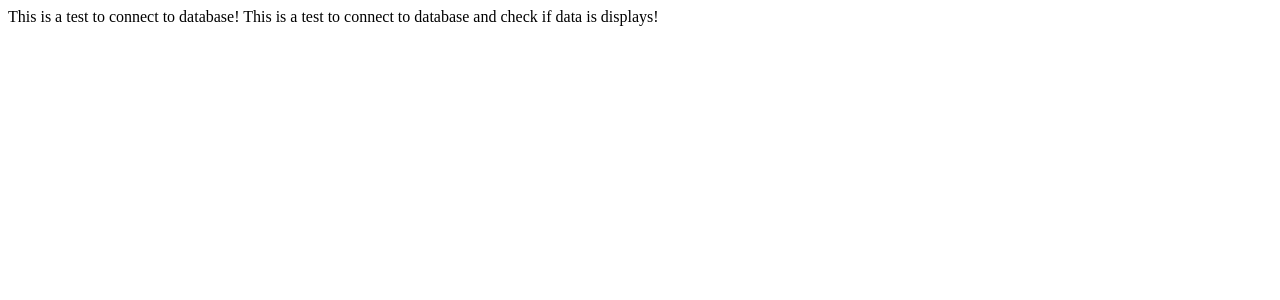
Repository: skills4testing/Spring-framework
Page: http://localhost/agateTutorial/
The author's editor kept a copy of each file at every save. The page is drawn from the files as they stood at one save, then again after the next save.
The browser window is 1280 px wide. The pictures show the whole page.
The page is served by Tomcat 9. Other server files are loaded and not shown. Queries for data that is not in the repository find no rows.

Above is the page before, as saved 2015-11-25 12:59:46.

### agateTutorial/WebContent/WEB-INF/jsps/home.jsp
<%@ page language="java" contentType="text/html; charset=ISO-8859-1"
	pageEncoding="ISO-8859-1"%>

<%@ taglib uri="http://java.sun.com/jsp/jstl/core" prefix="c"%>
<%@ taglib uri="http://java.sun.com/jsp/jstl/sql" prefix="sql"%>

<!DOCTYPE html PUBLIC "-//W3C//DTD HTML 4.01 Transitional//EN" "http://www.w3.org/TR/html4/loose.dtd">
<html>
<head>
<meta http-equiv="Content-Type" content="text/html; charset=ISO-8859-1">
<title>Insert title here</title>
</head>
<body>
	This is a test to connect to database!

	<sql:query var="rs" dataSource="jdbc/agatedb">
		select * from btc_category
	</sql:query>

<c:forEach var="row" items="${rs.rows}">
    category_id ${row.category_id}<br/>
    Image ${row.image}<br/>
</c:forEach>


 This is a test to connect to database and check if data is displays!
</body>
</html>

After the next save:
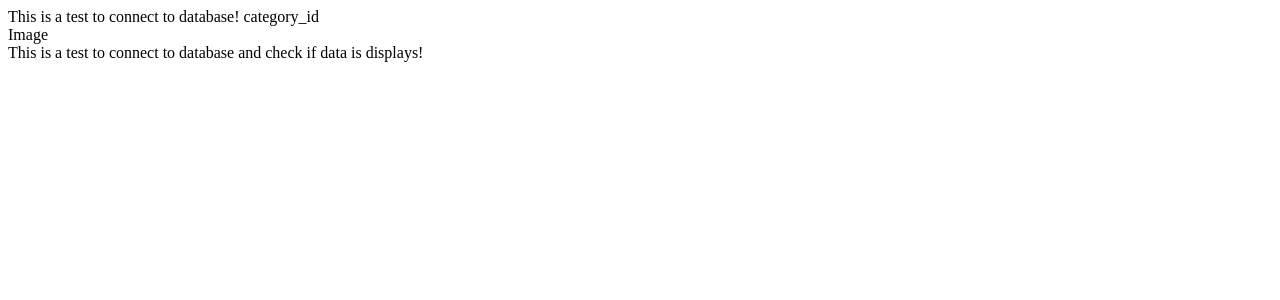
Saved 4 min 6 s later.
--- a/agateTutorial/WebContent/WEB-INF/jsps/home.jsp
+++ b/agateTutorial/WebContent/WEB-INF/jsps/home.jsp
@@ -1,7 +1,7 @@
 <%@ page language="java" contentType="text/html; charset=ISO-8859-1"
 	pageEncoding="ISO-8859-1"%>
 
-<%@ taglib uri="http://java.sun.com/jsp/jstl/core" prefix="c"%>
+
 <%@ taglib uri="http://java.sun.com/jsp/jstl/sql" prefix="sql"%>
 
 <!DOCTYPE html PUBLIC "-//W3C//DTD HTML 4.01 Transitional//EN" "http://www.w3.org/TR/html4/loose.dtd">

After the save that followed:
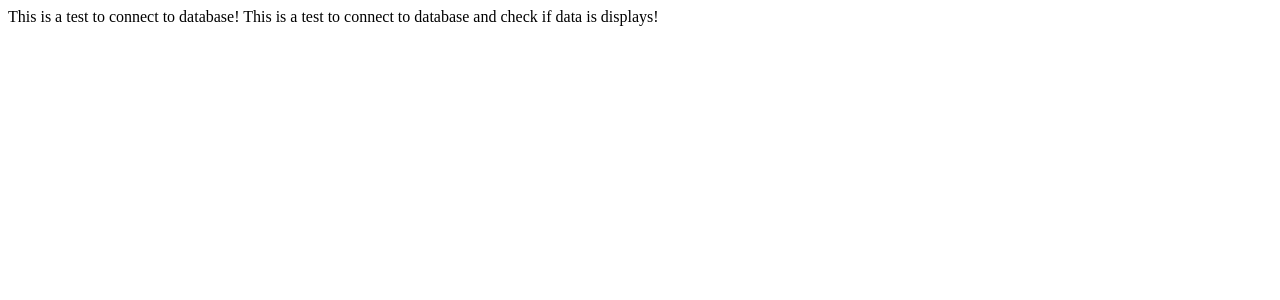
Saved 58 s later.
--- a/agateTutorial/WebContent/WEB-INF/jsps/home.jsp
+++ b/agateTutorial/WebContent/WEB-INF/jsps/home.jsp
@@ -1,7 +1,7 @@
 <%@ page language="java" contentType="text/html; charset=ISO-8859-1"
 	pageEncoding="ISO-8859-1"%>
 
-
+<%@ taglib uri="http://java.sun.com/jsp/jstl/core" prefix="c"%>
 <%@ taglib uri="http://java.sun.com/jsp/jstl/sql" prefix="sql"%>
 
 <!DOCTYPE html PUBLIC "-//W3C//DTD HTML 4.01 Transitional//EN" "http://www.w3.org/TR/html4/loose.dtd">
